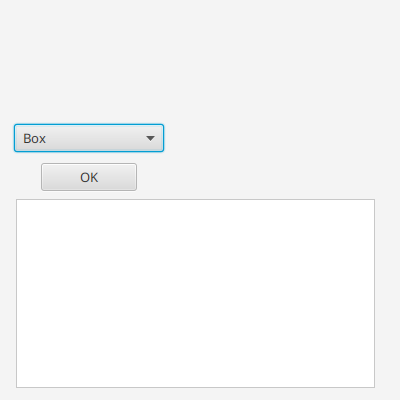
Repository: pydawan/Java_FX
Program's window: java workspace/JavaFX_ProjetoListView1/src/application/Main.java
The author's editor kept a copy of each file at every save. The program's window is drawn from the files as they stood at one save, then again after a run of saves.
It runs on Java 21 on a 1366 x 768 screen with JavaFX 11; the title bar is not drawn.

Above is the program's window before, as saved 2016-11-25 17:17:18.

After the next 2 saves:
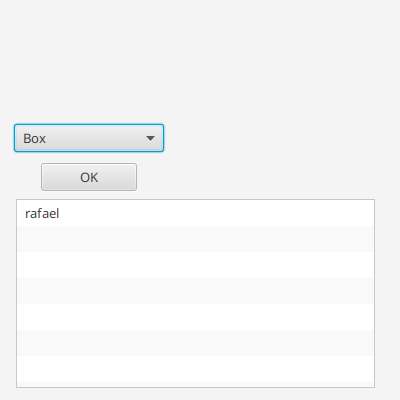
The 2 saves are shown as one change because they came seconds apart.
The last was saved 2 min 18 s later.
--- a/workspace/JavaFX_ProjetoListView1/src/application/MainController.java
+++ b/workspace/JavaFX_ProjetoListView1/src/application/MainController.java
@@ -23,7 +23,7 @@
 	@FXML
 	private ListView<String> myListView;
 
-	ObservableList<String> lista = FXCollections.observableArrayList();
+	ObservableList<String> lista = FXCollections.observableArrayList("rafael");
 
 
 	@Override
@@ -34,11 +34,11 @@
 
 	}
 	public void comboChanged(ActionEvent evento){
-		combobox.getItems().addAll();
+		combobox.getItems().addAll("rafael");
 
 	}
 	public void buttonAction(ActionEvent eventoButton){
-		combobox.getItems().addAll();
+		combobox.getItems().addAll("rafael");
 		minhaL.setText(combobox.getValue());
 	}
 
